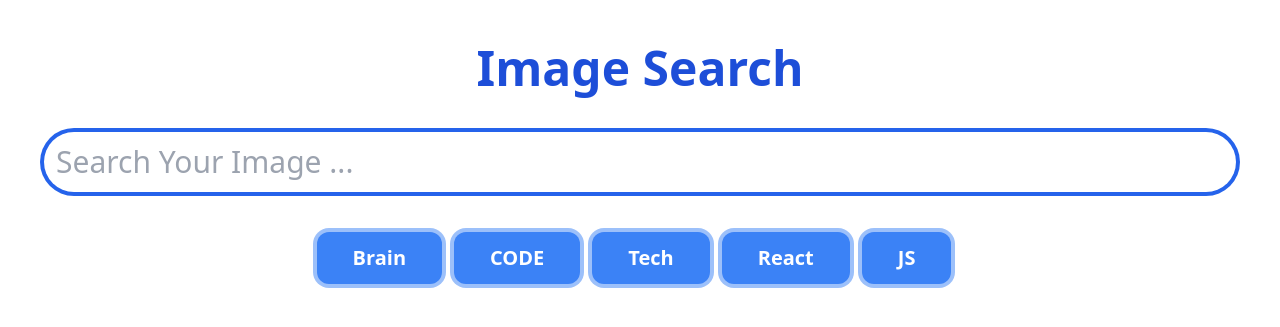
Repository: rkrukshan/react-image-gallery
Page: /
An editor plug-in stored every save of this project. The page is shown before and after the next save, followed by the edit.
The browser window is 1280 px wide. The pictures show the whole page.
The project was rebuilt for these pictures with package versions that can differ from the ones it lists, and the page was loaded fresh each time. Also part of the build but not shown: vite.config.js.

Above is the page before, as saved 2025-01-07 13:44:13.

After the next save:
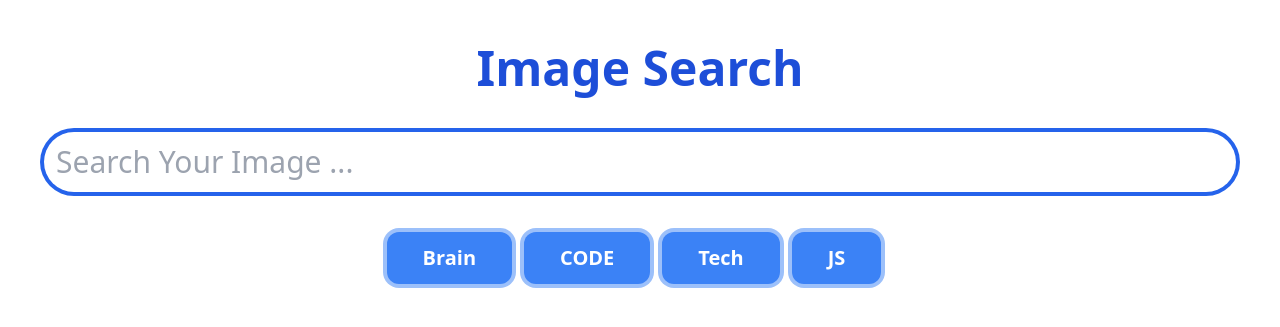
Saved 94 s later.
--- a/src/assets/components/Gallery.jsx
+++ b/src/assets/components/Gallery.jsx
@@ -32,7 +32,6 @@ export default function Gallery() {
         <button className="btn" onClick={()=>btnSearch("Brain")}>Brain</button>
         <button className="btn" onClick={()=>btnSearch("CODE")}>CODE</button>
         <button className="btn" onClick={()=>btnSearch("Tech")}> Tech</button>
-        <button className="btn" onClick={()=>btnSearch("React")}>React</button>
         <button className="btn" onClick={()=>btnSearch("JS")}>JS</button>
       </div>
     </div>
